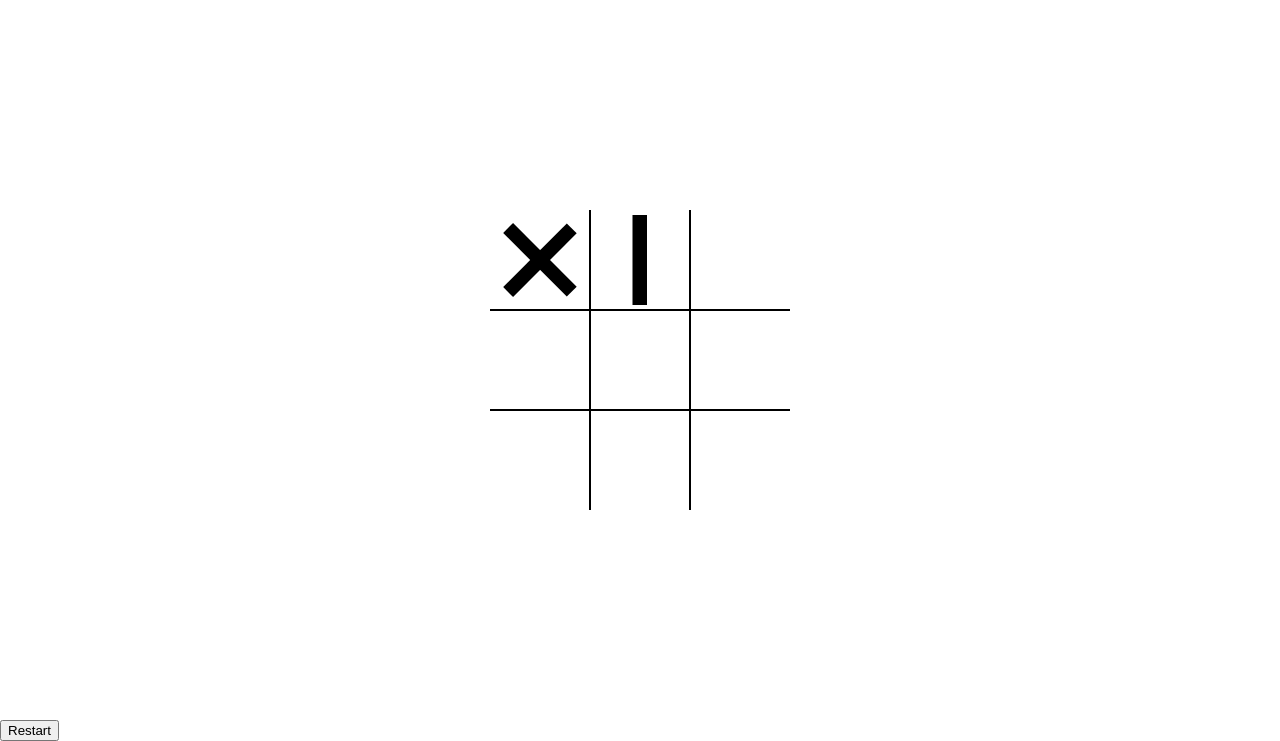
Repository: divya2/tic-toc-toe
Page: index.html
The author's editor kept a copy of each file at every save. The page is drawn from the files as they stood at one save, then again after the next save.
The browser window is 1280 px wide. The pictures show the whole page.

Above is the page before, as saved 2020-10-29 21:17:14.
Not found: script.js

### index.html
<!DOCTYPE html>
<html lang="en">
<head>
    <meta charset="UTF-8">
    <meta name="viewport" content="width=device-width, initial-scale=1.0">
    <link rel="stylesheet" href="styles.css">
    <script src="script.js" defer></script>
    <title>Document</title>
</head>
<body>
    <div class="board" id="board">
        <div class="cell x" data-cell></div>
        <div class="cell circle" data-cell></div>
        <div class="cell" data-cell></div>
        <div class="cell" data-cell></div>
        <div class="cell" data-cell></div>
        <div class="cell" data-cell></div>
        <div class="cell" data-cell></div>
        <div class="cell" data-cell></div>
        <div class="cell" data-cell></div>
    </div>

    <div class="winning-message">
        <button id="restartButton">Restart</button>
    </div>
</body>
</html>

### styles.css
*, *::after, *::before {
    box-sizing: border-box;
}

:root {
    --cell-size: 100px;
    --mark-size: calc(var(--cell-size)* .9);
}
body {
    margin: 0;
}

.board {
    width: 100w;
    height: 100vh;
    display: grid;
    justify-content: center;
    align-content: center;
    justify-content: center;
    align-items: center;
    grid-template-columns: repeat(3,auto);
}

.cell {
    width: var(--cell-size);
    height: var(--cell-size);
    border: 1px solid black;
    display: flex;
    justify-content: center;
    align-items: center;
    position: relative;
}

.cell:first-child,
.cell:nth-child(2),
.cell:nth-child(3){
    border-top: none;
}

.cell:nth-child(3n+1){
    border-left: none;
}

.cell:nth-child(3n+3){
    border-right: none;
}

.cell:last-child,
.cell:nth-child(8),
.cell:nth-child(7){
    border-bottom: none;
}

.cell.x::before,
.cell.x::after{
    content:'';
    position: absolute;
    width: calc(var(--mark-size)*.15);
    height: var(--mark-size);
    background-color: black;
}

.cell.x::after{
    transform: rotate(-45deg);
}

.cell.x::before{
    transform: rotate(45deg);
}

.cell.circle::before,
.cell.circle::after{
    content: '';
    position: absolute;
    width: calc(var(--mark-size)*.15);
    height: var(--mark-size);
    background-color: black;
}
.cell.circle::after{
    transform: rotate(180deg);
}

.cell.circle::after{
    transform: rotate(-180deg);
}

After the next save:
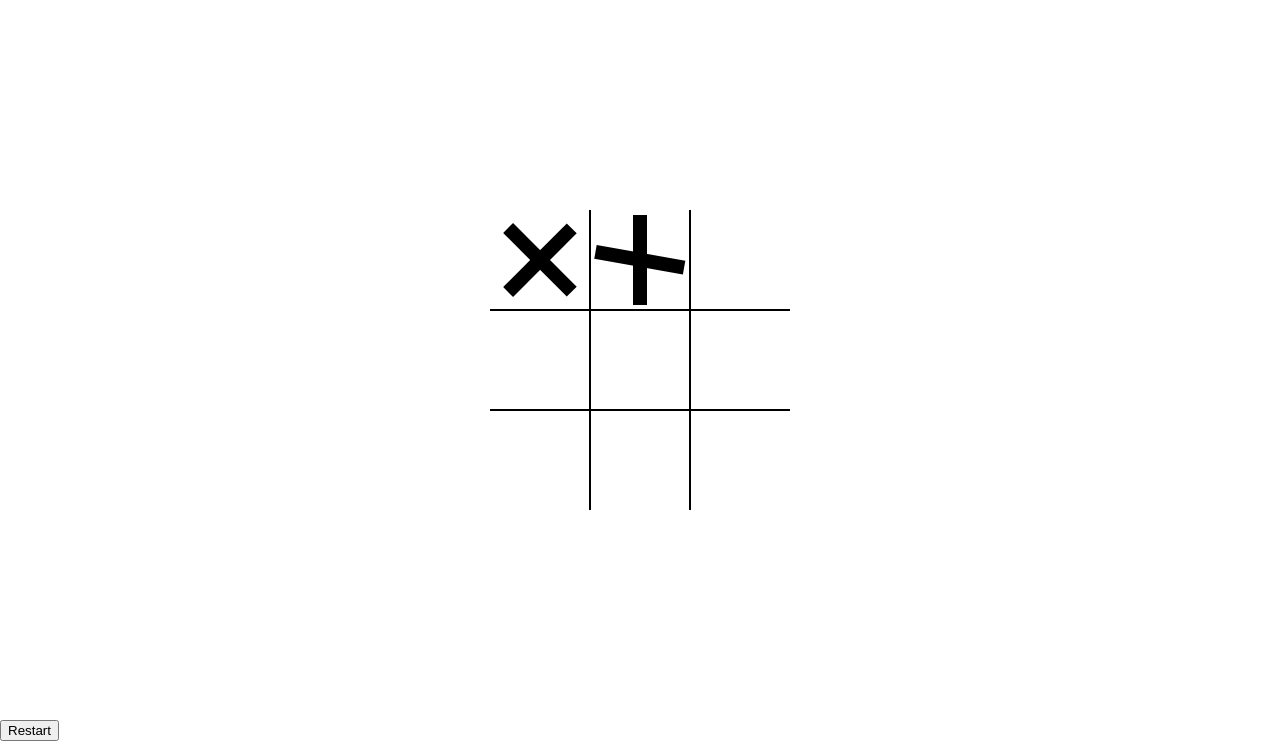
Saved 5 s later.
--- a/styles.css
+++ b/styles.css
@@ -81,5 +81,5 @@ body {
 }
 
 .cell.circle::after{
-    transform: rotate(-180deg);
+    transform: rotate(-80deg);
 }
